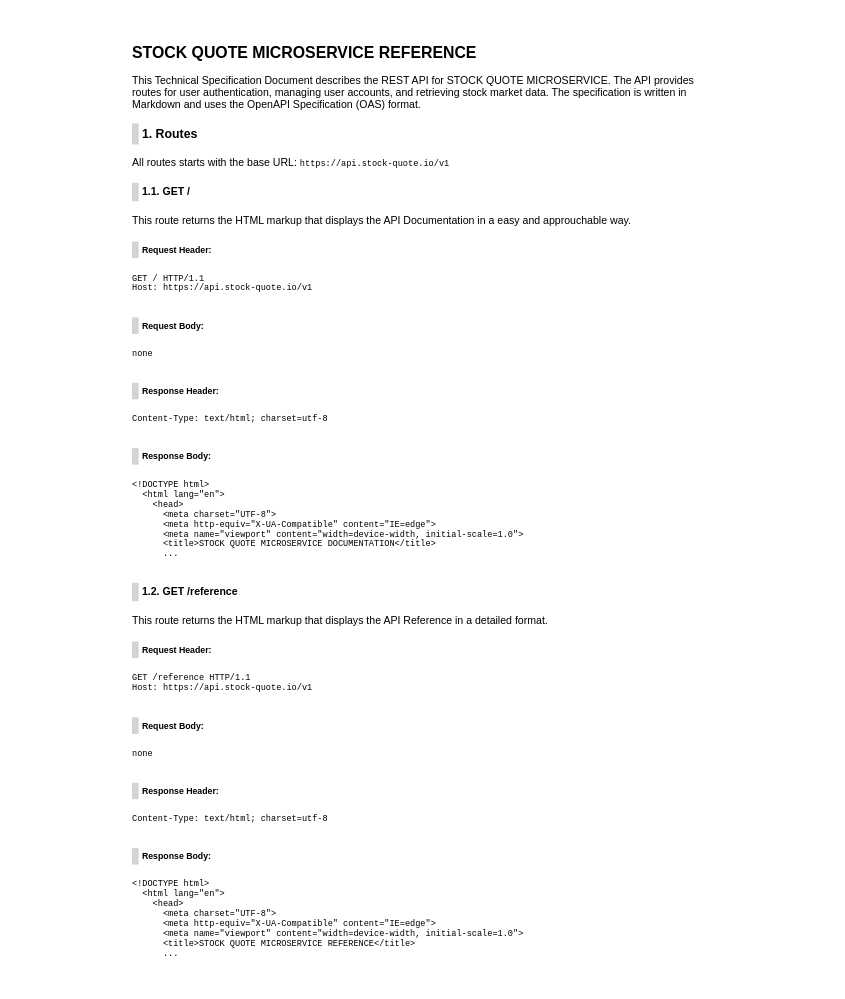
Repository: miguelamello/nest-js
Page: stock-service/reference.html
The author's editor kept a copy of each file at every save. The page is drawn from the files as they stood at one save, then again after the next save.
The browser window is 1280 px wide. The pictures show the whole page, at 66% of full size.

Above is the page before, as saved 2023-04-03 14:01:15.

After the next save:
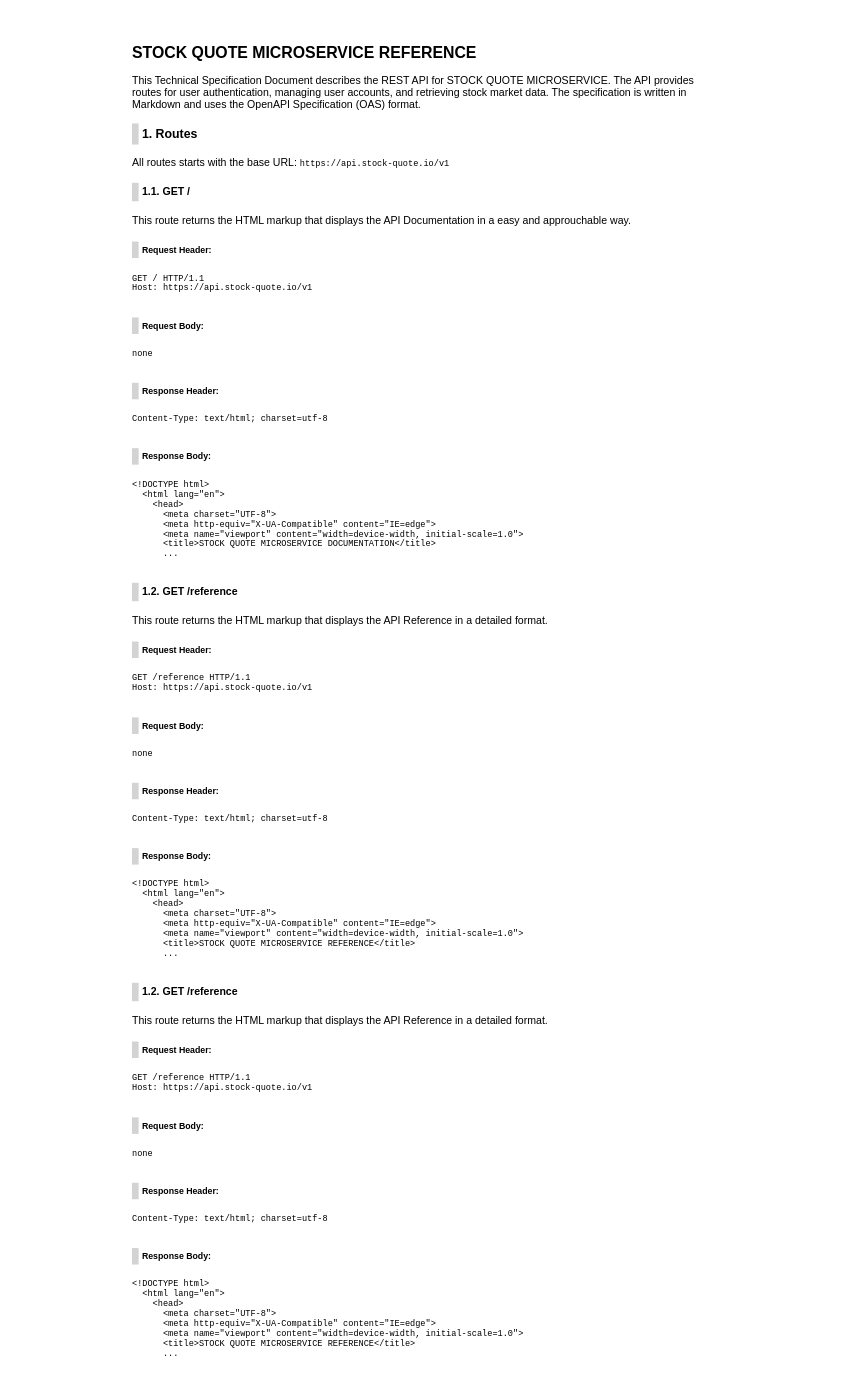
Saved 14 s later.
--- a/stock-service/reference.html
+++ b/stock-service/reference.html
@@ -113,5 +113,40 @@ Content-Type: text/html; charset=utf-8
       ...
   </pre>
 
+  <!-- 1.2. GET /reference  -->
+  <p>
+    <h4>1.2. GET /reference</h4>
+    This route returns the HTML markup that displays the API
+    Reference in a detailed format.
+  </p>
+  <h5>Request Header:</h5>
+  <pre>
+GET /reference HTTP/1.1
+Host: https://api.stock-quote.io/v1
+  </pre>
+
+  <h5>Request Body:</h5>
+  <pre>
+none
+  </pre>
+
+  <h5>Response Header:</h5>
+  <pre>
+Content-Type: text/html; charset=utf-8
+  </pre>
+
+  <h5>Response Body: </h5>
+
+  <pre>
+&lt;!DOCTYPE html&gt;
+  &lt;html lang="en"&gt;
+    &lt;head&gt;
+      &lt;meta charset="UTF-8"&gt;
+      &lt;meta http-equiv="X-UA-Compatible" content="IE=edge"&gt;
+      &lt;meta name="viewport" content="width=device-width, initial-scale=1.0"&gt;
+      &lt;title&gt;STOCK QUOTE MICROSERVICE REFERENCE&lt;/title&gt;
+      ...
+  </pre>
+
 </body>
 </html>
